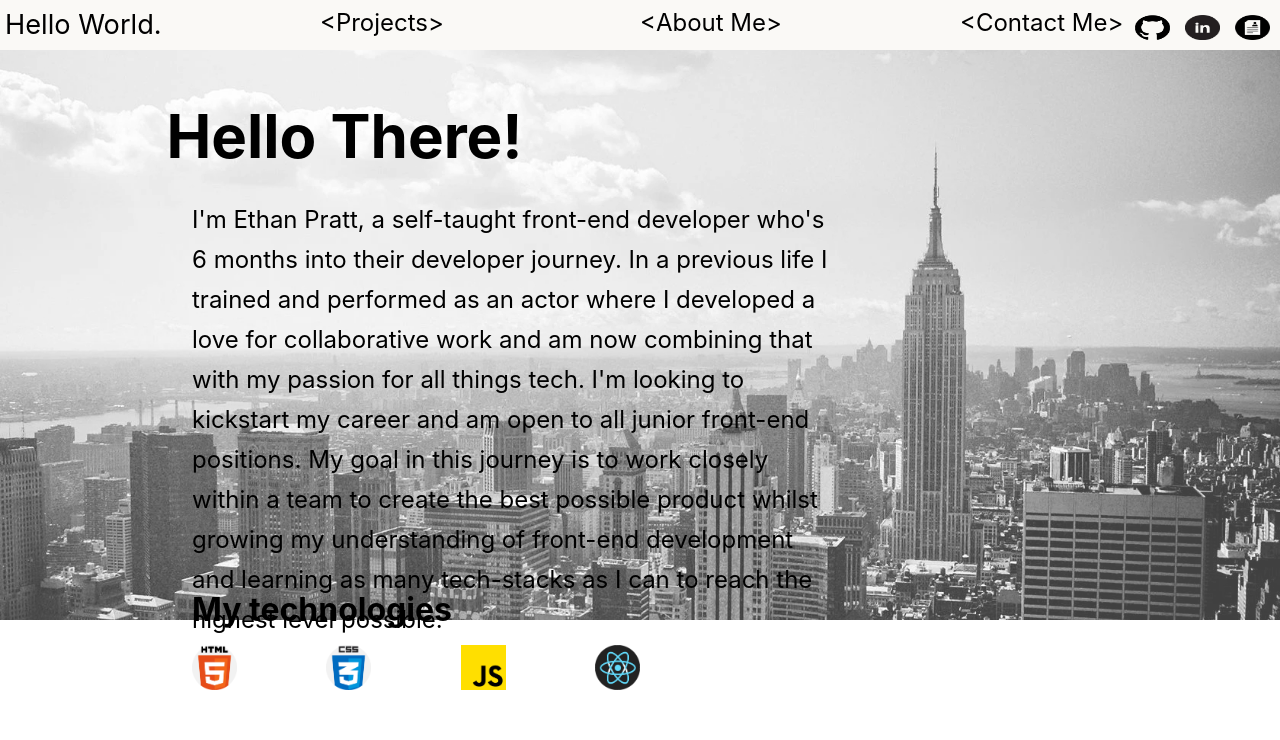
Repository: ghend99/website_ethan_pratt
Page: /about
An editor plug-in stored every save of this project. The page is shown before and after the next save, followed by the edit.
The browser window is 1280 px wide. The pictures show the whole page.
The project was rebuilt for these pictures with package versions that can differ from the ones it lists, and the page was loaded fresh each time. Also part of the build but not shown: src/pages/home.js, src/pages/project.js, src/css/contact.css, src/pages/contact.js.

Above is the page before, as saved 2023-05-25 16:22:51.

### public/index.html
<!DOCTYPE html>
<html lang="en">
  <head>
    <meta charset="utf-8" />
    <link rel="icon" href="%PUBLIC_URL%/favicon.ico" />
    <meta name="viewport" content="width=device-width, initial-scale=1" />
    <meta name="theme-color" content="#000000" />
    <meta
      name="description"
      content="Web site created using create-react-app"
    />
    <link rel="apple-touch-icon" href="%PUBLIC_URL%/logo192.png" />
    <!--
      manifest.json provides metadata used when your web app is installed on a
      user's mobile device or desktop. See https://developers.google.com/web/fundamentals/web-app-manifest/
    -->
    <link rel="manifest" href="%PUBLIC_URL%/manifest.json" />
    <!--
      Notice the use of %PUBLIC_URL% in the tags above.
      It will be replaced with the URL of the `public` folder during the build.
      Only files inside the `public` folder can be referenced from the HTML.

      Unlike "/favicon.ico" or "favicon.ico", "%PUBLIC_URL%/favicon.ico" will
      work correctly both with client-side routing and a non-root public URL.
      Learn how to configure a non-root public URL by running `npm run build`.
    -->
    <title>Ethan Pratt | Junior Front-End Developer</title>
  </head>
  <body>
    <noscript>You need to enable JavaScript to run this app.</noscript>
    <div id="root"></div>
    <!--
      This HTML file is a template.
      If you open it directly in the browser, you will see an empty page.

      You can add webfonts, meta tags, or analytics to this file.
      The build step will place the bundled scripts into the <body> tag.

      To begin the development, run `npm start` or `yarn start`.
      To create a production bundle, use `npm run build` or `yarn build`.
    -->
  </body>
</html>

### src/App.js
import { BrowserRouter as Router, Routes, Route } from "react-router-dom";
import { Home } from "./pages/home";
import { About } from "./pages/about.js";
import { Project } from "./pages/project.js";
import { Contact } from "./pages/contact.js";

function App() {
  return (
    <div className="App">
      <Router>
        <Routes>
          <Route path="/" element={<Home />} />
          <Route path="/projects" element={<Project />} />
          <Route path="/about" element={<About />} />
          <Route path="/contact" element={<Contact />} />
        </Routes>
      </Router>
    </div>
  );
}

export default App;

### src/pages/about.js
import "../css/about.css";
import { Header } from "../components/header.js";
import html from "../images/html.png";
import css from "../images/css.png";
import javascript from "../images/javascript.png";
import react from "../images/react.png";

export const About = () => {
  return (
    <div className="bg">
      <Header />
      <div className="about-container">
        {/* Infomration Container */}
        <div className="info-container">
          <section className="about">
            <h1 className="about-header">Hello There!</h1>
            <p className="about-paragraph">
              I'm Ethan Pratt, a self-taught front-end developer who's 6 months
              into their developer journey. In a previous life I trained and
              performed as an actor where I developed a love for collaborative
              work and am now combining that with my passion for all things
              tech. I'm looking to kickstart my career and am open to all junior
              front-end positions. My goal in this journey is to work closely
              within a team to create the best possible product whilst growing
              my understanding of front-end development and learning as many
              tech-stacks as I can to reach the highest level possible.
            </p>
          </section>
        </div>

        {/* Technology Container */}
        <div id="technology-container">
          <h2 className="technology-header">My technologies</h2>
          <img
            className="stack-html"
            id="stack-icon"
            src={html}
            alt="html logo"
          />
          <img className="stack-css" id="stack-icon" src={css} alt="css-logo" />
          <img
            className="stack-javascript"
            id="stack-icon"
            src={javascript}
            alt="javascript-logo"
          />
          <img
            className="stack-react"
            id="stack-icon"
            src={react}
            alt="react-logo"
          />
        </div>
      </div>
    </div>
  );
};

### src/components/header.js
import React, { useState } from "react";
import { Link } from "react-router-dom";
import "../css/header.css";
import github from "../images/github.png";
import linkedin from "../images/linkedin.png";
import resume from "../images/resume.png";
import menu from "../images/menu.png";

export const Header = () => {
  return (
    <div className="header-container">
      <div>
        <Link className="header-title" to="/">
          Hello World.
        </Link>
      </div>
      <div>
        <Link id="header-nav" className="header-projects" to="/projects">
          &lt;Projects&gt;
        </Link>
      </div>
      <div>
        <Link id="header-nav" className="header-about" to="/about">
          &lt;About Me&gt;
        </Link>
      </div>
      <div>
        <Link id="header-nav" className="header-contact" to="/contact">
          &lt;Contact Me&gt;
        </Link>
      </div>

      <a href="https://github.com/ghend99" target={"_blank"}>
        <img id="header-socials" className="header-github" src={github} />
      </a>
      <a href="https://www.linkedin.com/in/ethanapratt/" target={"_blank"}>
        <img id="header-socials" className="header-linkedin" src={linkedin} />
      </a>
      <a
        href="https://acrobat.adobe.com/link/review?uri=urn:aaid:scds:US:d93e7d11-55fc-32a3-ba0c-10f2114d1d69"
        target={"_blank"}
      >
        <img id="header-socials" className="header-resume" src={resume} />
      </a>

      <div className="header-socials-list">
        <a href="https://github.com/ghend99" target={"_blank"}>
          <p className="header-socials-text">Github</p>
        </a>
        <a href="https://www.linkedin.com/in/ethanapratt/" target={"_blank"}>
          <p className="header-socials-text">LinkedIn</p>
        </a>
        <a
          href="https://acrobat.adobe.com/link/review?uri=urn:aaid:scds:US:d93e7d11-55fc-32a3-ba0c-10f2114d1d69"
          target={"_blank"}
        >
          <p className="header-socials-text">Resume</p>
        </a>
      </div>
    </div>
  );
};

### src/css/home.css
@import url("https://fonts.googleapis.com/css2?family=Bitter&display=swap");

#center-container {
  position: relative;
  max-width: 25%;
  min-width: 500px;
  height: 20%;
  border-bottom: solid;
  /* background-color: aqua; */
  margin-left: auto;
  margin-right: auto;
  top: 10%;
  text-align: center;
  padding: 70px 0;
}

.home-name {
  top: 0;
  font-size: 50px;
  font-weight: bold;
}

.home-job-title {
  font-size: 32px;
  font-family: "Bitter";
}

.home-resume,
.home-github,
.home-linkedin {
  position: absolute;
  bottom: -50px;
  text-decoration: none;
  color: black;
  font-size: 20px;
  font-weight: bold;
  height: 50px;
  padding-bottom: 10px;
}

.home-resume:hover,
.home-github:hover,
.home-linkedin:hover {
  border-bottom: solid;
}

.home-github {
  left: 0;
}

.home-linkedin {
  left: 45%;
}

.home-resume {
  right: 0;
}

@media screen and (min-width: 0) and (max-width: 708px) {
  #center-container {
    min-width: 350px;
  }

  .home-linkedin {
    left: 140px;
  }
}

@media screen and (min-width: 0) and (max-width: 322px) {
  #center-container {
    min-width: 300px;
  }
}

### src/css/about.css
.about-container {
  position: relative;
  max-width: 100%;
  min-width: 600px;
  max-height: 100%;
  min-height: 550px;
  /* background-color: lightyellow; */
}

.info-container {
  position: relative;
  max-width: 100%;
  min-width: 530px;
  max-height: 100%;
  min-height: 420px;
  top: 50px;
  /* background-color: lightgreen; */
}

.about-header {
  position: absolute;
  /* display: inline-block; */
  left: 13%;
  margin: 0;
  font-size: 60px;
}

.about-paragraph {
  position: absolute;
  top: 100px;
  left: 15%;
  max-width: 50%;
  min-width: 500px;
  margin: 0;
  font-size: 24px;
  line-height: 40px;
}

#technology-container {
  position: relative;
  top: 30px;
  max-width: 70%;
  min-width: 40%;
  max-height: 100%;
  min-height: 150px;
  left: 15%;
  margin: 0;
  /* background-color: lightblue; */
}

.technology-header {
  position: absolute;
  margin: 0;
  font-size: clamp(2rem, 1vw, 4rem);
}

#stack-icon {
  position: absolute;
  top: 55px;
  width: 5%;
}

.stack-html {
  left: 0;
}

.stack-css {
  left: 15%;
}

.stack-javascript {
  left: 30%;
}

.stack-react {
  left: 45%;
}

@media screen and (min-width: 0) and (max-width: 1740px) {
  #technology-container {
    top: 20px;
  }
}

@media screen and (min-width: 0) and (max-width: 1730px) {
  #technology-container {
    top: 50px;
  }
}

@media screen and (min-width: 0) and (max-width: 1570px) {
  #technology-container {
    top: 80px;
  }
}

@media screen and (min-width: 0) and (max-width: 1370px) {
  #technology-container {
    top: 120px;
  }
}
@media screen and (min-width: 0) and (max-width: 1230px) {
  #technology-container {
    top: 180px;
  }
}

@media screen and (min-width: 0) and (max-width: 1150px) {
  #technology-container {
    top: 220px;
  }
}

@media screen and (min-width: 0) and (max-width: 1050px) {
  #technology-container {
    top: 260px;
  }
}

@media screen and (min-width: 0) and (max-width: 708px) {
  .about-header {
    position: absolute;
    font-size: 24px;
    top: 20px;
    left: 30px;
  }

  .about-paragraph {
    font-size: 14px;
    line-height: 25px;
    left: 30px;
    min-width: 100px;
    top: 60px;
  }

  #technology-container {
    top: 30px;
    left: 30px;
  }

  .technology-header {
    font-size: 24px;
  }

  #stack-icon {
    width: 10%;
  }
}

@media screen and (min-width: 0) and (max-width: 320px) {
  .about-header {
    left: 10px;
  }

  .about-paragraph {
    left: 10px;
  }
}

### src/css/header.css
@import url("https://fonts.googleapis.com/css2?family=Bitter&display=swap");

.header-socials-text {
  color: black;
  text-decoration: none;
  border-bottom: none;
}

.header-container {
  position: relative;
  display: grid;
  grid-template-columns: 1fr 1fr 1fr 1fr;
  grid-template-rows: 1fr;
  flex-direction: row;
  max-width: 100%;
  min-width: 390px;
  max-height: 200px;
  min-height: 50px;
  background-color: #faf9f6;
  /* padding-top: 20px; */
}

.header-title {
  position: absolute;
  left: 5px;
  margin: 0;
  margin-right: clamp(20px, 50px, 30px);
  font-size: clamp(1rem, 4vw, 1.7rem);
  top: 8px;
  text-decoration: none;
  color: black;
}

#header-nav {
  position: absolute;
  display: flex;
  font-size: clamp(1rem, 4vw, 1.5rem);
  margin: 0;
  /* margin-right: clamp(20px, 50px, 30px); */
  top: 8px;
}

.header-projects {
  /* left: clamp(30%, 46.5%, 60%); */
  text-decoration: none;
  color: black;
}

.header-about {
  margin: 0;
  /* margin-left: 50px;
  margin-right: 100px;
  left: clamp(5px, 24%, 55%); */
  text-decoration: none;
  color: black;
}

.header-contact {
  /* left: clamp(20%, 65%, 70%); */
  text-decoration: none;
  color: black;
}

#header-socials {
  max-width: 11%;
  min-width: 35px;
  max-height: 50%;
  min-height: 10px;
  top: 15px;
  cursor: pointer;
}

#header-nav:hover {
  border-bottom: solid;
}

.header-github {
  position: absolute;
  right: clamp(10px, 12%, 110px);
}

.header-linkedin {
  position: absolute;
  right: clamp(5px, 10%, 60px);
}

.header-resume {
  position: absolute;
  right: clamp(10px, 10%, 10px);
}

.bg {
  position: relative;
  max-width: 100%;
  min-width: 350px;
  max-height: 700px;
  min-height: 500px;
  background-size: cover;
  background-repeat: no-repeat;
  background-position: center center;
}

.bg::before {
  content: "";
  background-image: url(../images/background-image.jpg);
  background-size: cover;
  position: absolute;
  top: 0px;
  right: 0px;
  bottom: 0px;
  left: 0px;
  opacity: 0.75;
}

.header-socials-list {
  position: absolute;
  right: 10px;
  top: 50px;
  font-size: 12px;
  font-weight: bold;
  font-family: "Bitter";
  color: black;
  opacity: 0;
  transition: all 0.2s;
}

@media screen and (min-width: 0) and (max-width: 1028px) {
  #header-socials {
    display: none;
  }

  .header-socials-list {
    display: none;
  }
}

@media screen and (min-width: 0) and (max-width: 612px) {
  #header-nav {
    top: 13px;
    font-size: 22px;
  }

  .header-socials-menu {
    top: 15px;
    right: 10px;
    width: 20px;
    height: 20px;
  }
}

@media screen and (min-width: 0) and (max-width: 554px) {
  #header-nav {
    font-size: 20px;
  }

  .header-title {
    top: 15px;
    font-size: 16px;
  }
}

@media screen and (min-width: 0) and (max-width: 427px) {
  .header-container {
    min-width: 150px;
  }

  #header-nav {
    font-size: 16px;
    top: 16px;
  }

  .bg {
    min-width: 200px;
  }
}

@media screen and (min-width: 0) and (max-width: 380px) {
  #header-nav {
    font-size: 14px;
    column-gap: 50px;
  }
}

@media screen and (min-width: 0) and (max-width: 322px) {
  .header-title {
    font-size: 14px;
    margin-right: 60px;
  }

  #header-nav {
    min-width: 100px;
    font-size: 12px;
  }

  .header-about {
    left: 85px;
  }

  .header-projects {
    left: 160px;
  }

  .header-contact {
    position: absolute;
    left: 220px;
  }

  .bg {
    min-height: 709px;
  }
}

### src/css/project.css
@import url("https://fonts.googleapis.com/css2?family=Bitter&display=swap");

#projects-container {
  position: absolute;
  display: grid;
  grid-template-columns: 1fr 1fr 1fr 1fr;
  grid-template-rows: 3fr;
  max-width: 80%;
  min-width: 70%;
  max-height: 400vh;
  min-height: 150px;
  /* background-color: blue; */
  /* opacity: 0.7; */
  left: 10%;
  top: 10%;
}

#single-project {
  position: relative;
  max-width: 100%;
  max-height: 600px;
  min-height: 100%;
  border: solid;
  text-align: center;
  background-color: #faf9f6;
}

.project-name {
  font-family: "Bitter";
  font-size: clamp(18px, 24px, 30px);
}

#project-image {
  position: relative;
  max-width: 80%;
  max-height: 75%;
  min-height: 20%;
  top: -10px;
  margin-left: auto;
  margin-right: auto;
}

.image {
  width: 70%;
}

#project-stacks-used {
  margin: 0;
  top: 300px;
}

.project-footer {
  position: absolute;
  display: grid;
  grid-template-columns: 1fr 1fr 1fr;
  text-align: center;
  width: 100%;
  height: 6%;
  bottom: 10px;
}

.source-link,
.source-demo,
.project-info {
  position: absolute;
  text-decoration: none;
  color: black;
  font-size: clamp(0.8rem, 0.5vw, 0.8rem);
  font-weight: bold;
  height: 20px;
  cursor: pointer;
}

.source-link {
  left: 5px;
}

.source-demo {
  right: 5px;
}

#project-information {
  font-size: 14px;
}

.source-link:hover,
.source-demo:hover,
.project-info:hover {
  border-bottom: solid;
}

@media screen and (min-width: 0) and (max-width: 1028px) {
  /* #project-container {
    grid-template-columns: 1fr 1fr 1fr;
  } */

  /* #single-project {
    height: 50%;
  } */

  .project-footer {
    grid-template-rows: 0.5fr;
    bottom: 0;
  }

  .source-link,
  .source-demo,
  .project-info {
    font-size: 10px;
    font-weight: bold;
  }

  .source-link {
    margin: 0;
  }

  .source-demo {
    margin: 0;
    right: 7px;
  }

  .project-info {
    margin: 0;
    top: -4px;
  }
}

@media screen and (min-width: 0) and (max-width: 708px) {
  #projects-container {
    grid-template-columns: 1fr 1fr;
    grid-template-rows: 1fr 1fr;
  }

  .project-footer {
    bottom: 0;
  }

  .source-link,
  .source-demo,
  .project-info {
    font-size: 8px;
  }

  #single-project {
    min-height: 410px;
  }

  #project-information {
    font-size: 12px;
  }
}

Loaded but not shown: src/index.js (common file); src/index.css (common file)

After the next save:
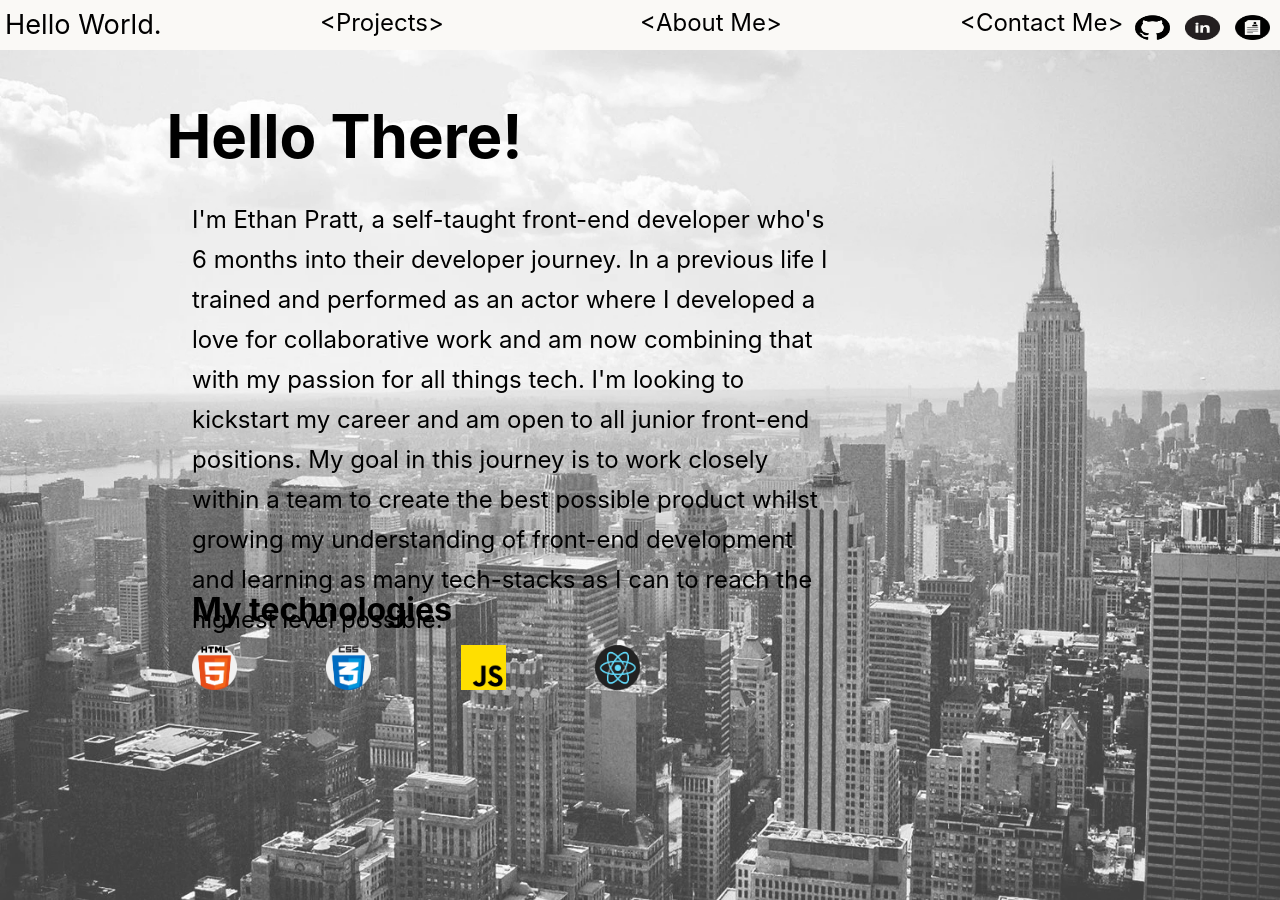
Saved 13 s later.
--- a/src/css/header.css
+++ b/src/css/header.css
@@ -93,8 +93,8 @@
   position: relative;
   max-width: 100%;
   min-width: 350px;
-  max-height: 700px;
-  min-height: 500px;
+  /* max-height: 700px; */
+  min-height: 900px;
   background-size: cover;
   background-repeat: no-repeat;
   background-position: center center;
